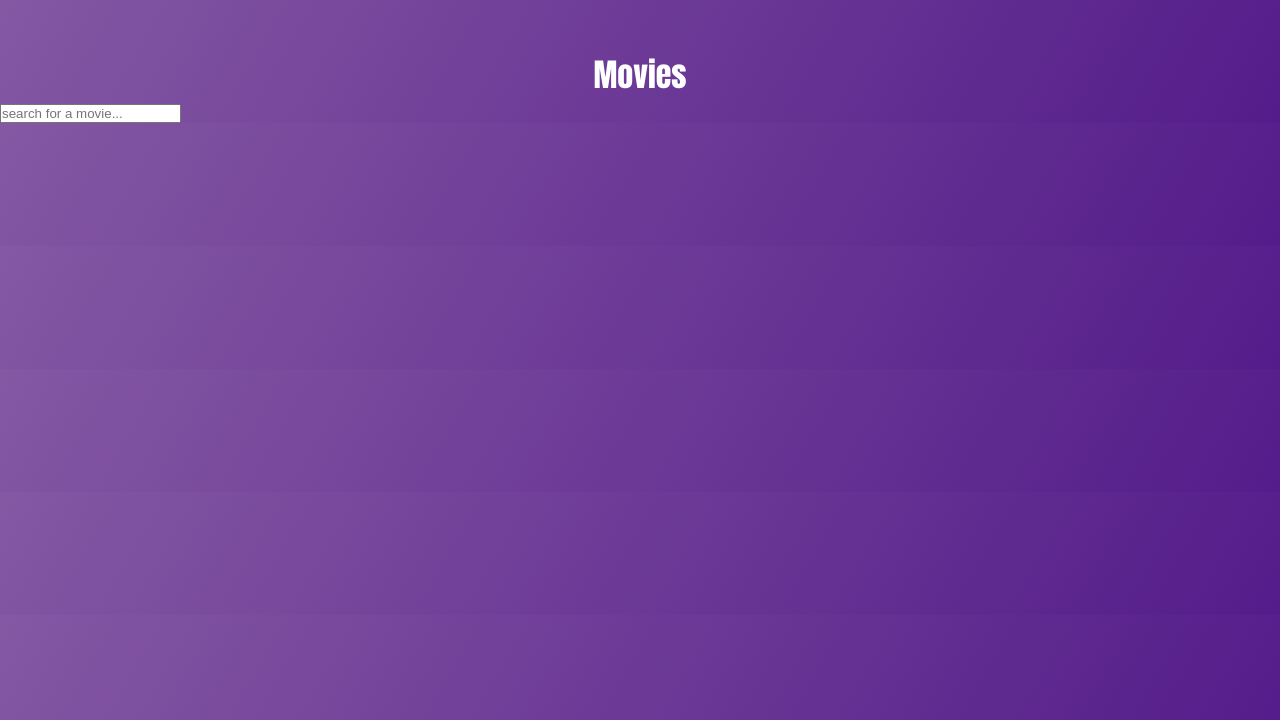
Repository: KLM94/moviedb
Page: /
The author's editor kept a copy of each file at every save. The page is drawn from the files as they stood at one save, then again after the next save.
The browser window is 1280 px wide. The pictures show the whole page.
The project was rebuilt for these pictures with package versions that can differ from the ones it lists, and the page was loaded fresh each time.

Above is the page before, as saved 2020-09-16 15:28:32.

### src/index.css
* {
  margin: 0;
  padding: 0;
  box-sizing: border-box;
}

body {
  font-family: Impact, Haettenschweiler, "Arial Narrow Bold", sans-serif;
  background-image: linear-gradient(120deg, #8458a3 0%, #541c8a 100%);
}

header {
  padding: 50px 15px 0px;
}

header h1 {
  color: white;
  font-size: 48;
  font-weight: 500;
  text-align: center;
}

### src/App.js
import React from "react";
import Search from "./components/Search";

function App() {
  return (
    <div className="App">
      <header>
        <h1>Movies</h1>
      </header>
      <main>
        <Search />
      </main>
    </div>
  );
}

export default App;

### src/components/Search.jsx
import React from "react";

function Search() {
  return (
    <section className="searchbox-wrap">
      <input
        type="text"
        placeholder="search for a movie..."
        className="searchbox"
      />
    </section>
  );
}

export default Search;

Loaded but not shown: public/index.html (common file); src/index.js (common file); src/serviceWorker.js (common file)

After the next save:
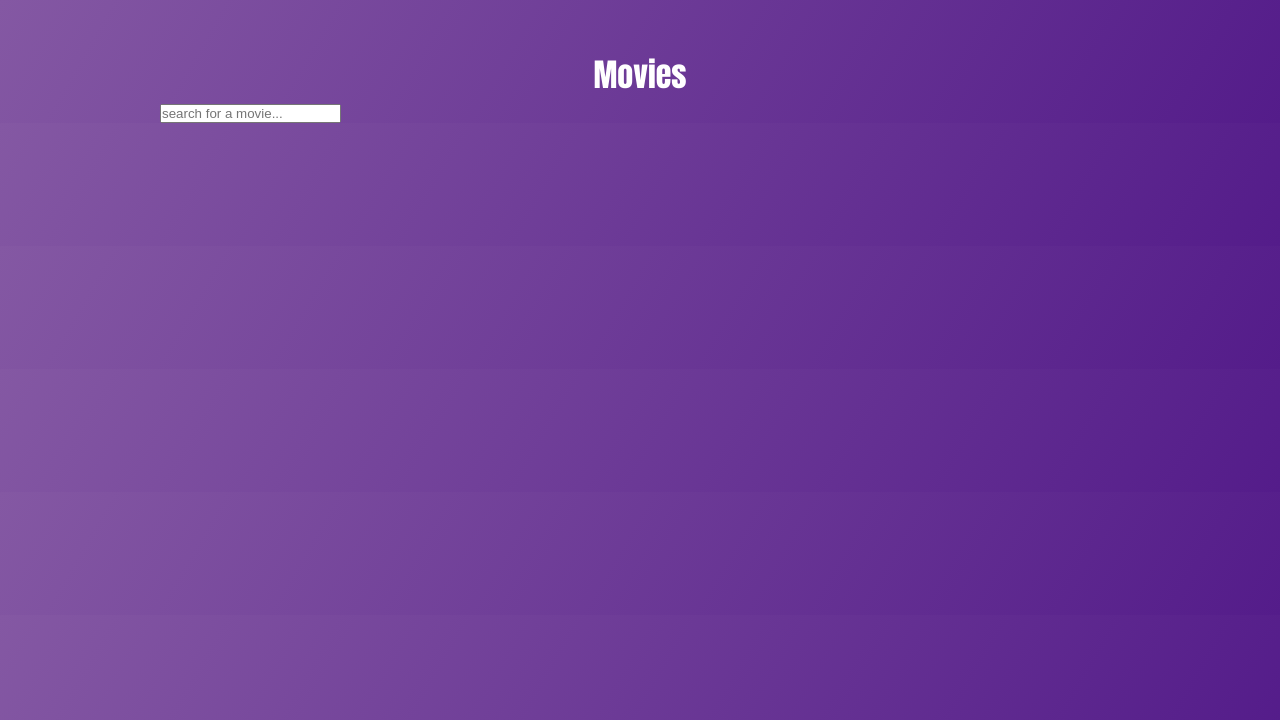
Saved 105 s later.
--- a/src/index.css
+++ b/src/index.css
@@ -19,3 +19,9 @@ header h1 {
   font-weight: 500;
   text-align: center;
 }
+
+main {
+  width: 100%;
+  max-width: 960px;
+  margin: 0 auto;
+}
